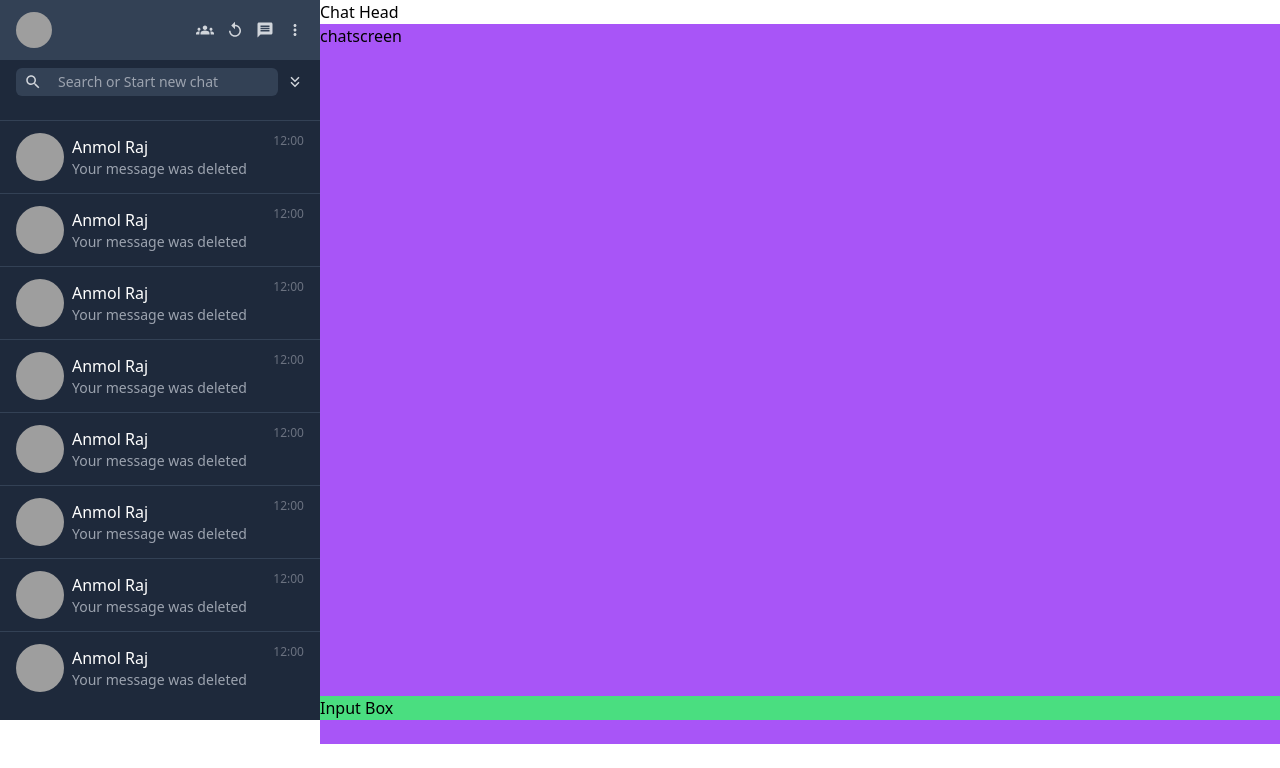
Repository: theanmol-raj/whatsapp
Page: /
An editor plug-in stored every save of this project. The page is shown before and after the next save, followed by the edit.
The browser window is 1280 px wide. The pictures show the whole page.
Pictures or frames that could not be fetched are drawn as grey boxes. The project was rebuilt for these pictures with package versions that can differ from the ones it lists, and the page was loaded fresh each time.

Above is the page before, as saved 2022-12-03 22:16:19.

After the next save:
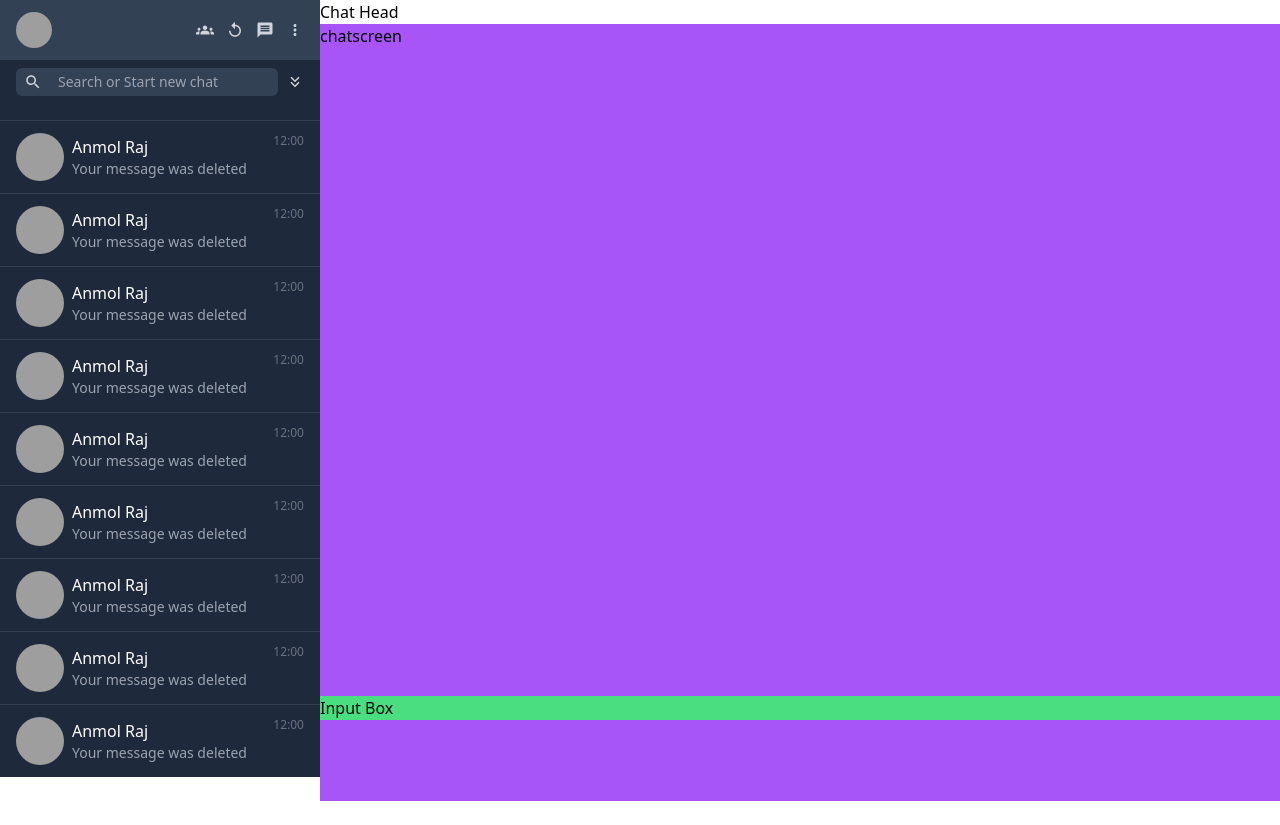
Saved 65 s later.
--- a/src/Components/ContactList.jsx
+++ b/src/Components/ContactList.jsx
@@ -31,13 +31,14 @@ function ContactList() {
 
       <div className='mt-4'>
         <ContactCard showName="Arbaz" />
-        <ContactCard />
-        <ContactCard />
-        <ContactCard />
-        <ContactCard />
-        <ContactCard />
-        <ContactCard />
-        <ContactCard />
+        <ContactCard showName="Arfat" />
+        <ContactCard showName="Sumera" />
+        <ContactCard showName="Lubna" />
+        <ContactCard showName="Ejaz" />
+        <ContactCard showName="Misba" />
+        <ContactCard showName="Simeen" />
+        <ContactCard showName="Farha" />
+        <ContactCard showName="" />
       </div>
 
     </div>
